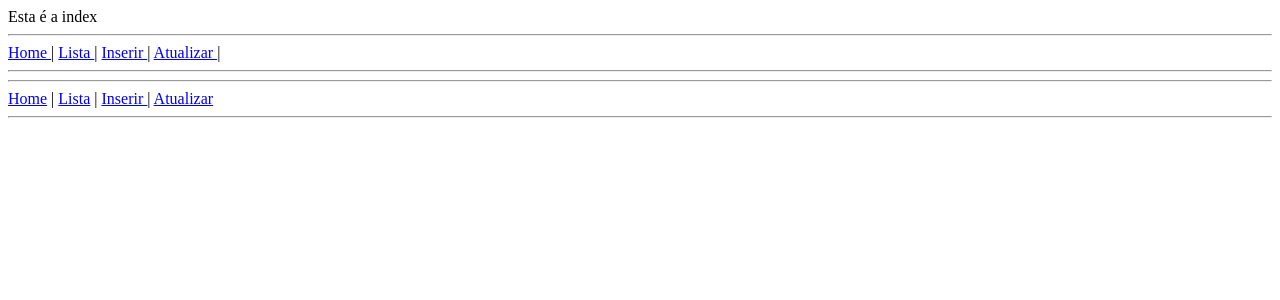
Repository: vivian-nakano/Projetos-Spring
Page: webmvc/src/main/resources/static/index.html
An editor plug-in stored every save of this project. The page is shown before and after the next save, followed by the edit.
The browser window is 1280 px wide. The pictures show the whole page.
Some web libraries are served in a nearby version.

Above is the page before, as saved 2020-11-10 23:40:38.

### webmvc/src/main/resources/static/index.html
<!DOCTYPE html>
<html>
<head>
<meta charset="ISO-8859-1">
<title>MVC</title>
<script
	src="https://ajax.googleapis.com/ajax/libs/angularjs/1.6.9/angular.min.js"></script>
<script src="controller.js">

</script>

</head>
<body>
	Esta é a index

	<hr>
	<a href="index.html"> Home </a> |
	<a href="lista.html"> Lista </a> |
	<a href="inserir.html"> Inserir </a> |
	<a href="atualizar.html"> Atualizar </a> |

	<hr>

	<hr>

	<a href="index.html">Home</a> |
	<a href="lista.html">Lista</a> |
	<a href="inserir.html">Inserir </a> |
	<a href="atualizar.html">Atualizar </a>

	<hr>

</body>
</html>

### webmvc/src/main/resources/static/controller.js
var app = angular.module('myApp', []);
app.controller('myCtrl', function($scope, $http) {
	$scope.manutencoes = new Object();
	$scope.salvar = function() {
		$http.post("http://localhost:8080/manutencoes", {
			'id' : $scope.id,
			'nome' : $scope.nome,
			'categoria' : $scope.categoria,
			'data' : $scope.data,
			'pago' : $scope.pago
		})
	};
	$scope.buscarTodos = function() {
		$http.get("http://localhost:8080/manutencoes").then(function(resposta) {
			$scope.manutencoes = resposta.data;
		});
	}
	$scope.buscarTodos();
	$scope.put = function() {
		$http.put("http://localhost:8080/manutencoes/ " + $scope.id, {

			'nome' : $scope.nome,
			'categoria' : $scope.categoria,
			'pago' : $scope.pago
		})
	}

});

After the next save:
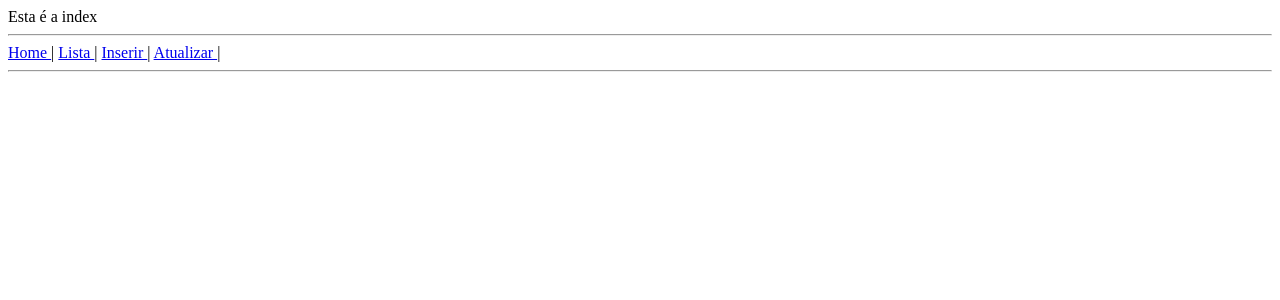
Saved 70 s later.
--- a/webmvc/src/main/resources/static/index.html
+++ b/webmvc/src/main/resources/static/index.html
@@ -21,14 +21,5 @@
 
 	<hr>
 
-	<hr>
-
-	<a href="index.html">Home</a> |
-	<a href="lista.html">Lista</a> |
-	<a href="inserir.html">Inserir </a> |
-	<a href="atualizar.html">Atualizar </a>
-
-	<hr>
-
 </body>
 </html>
